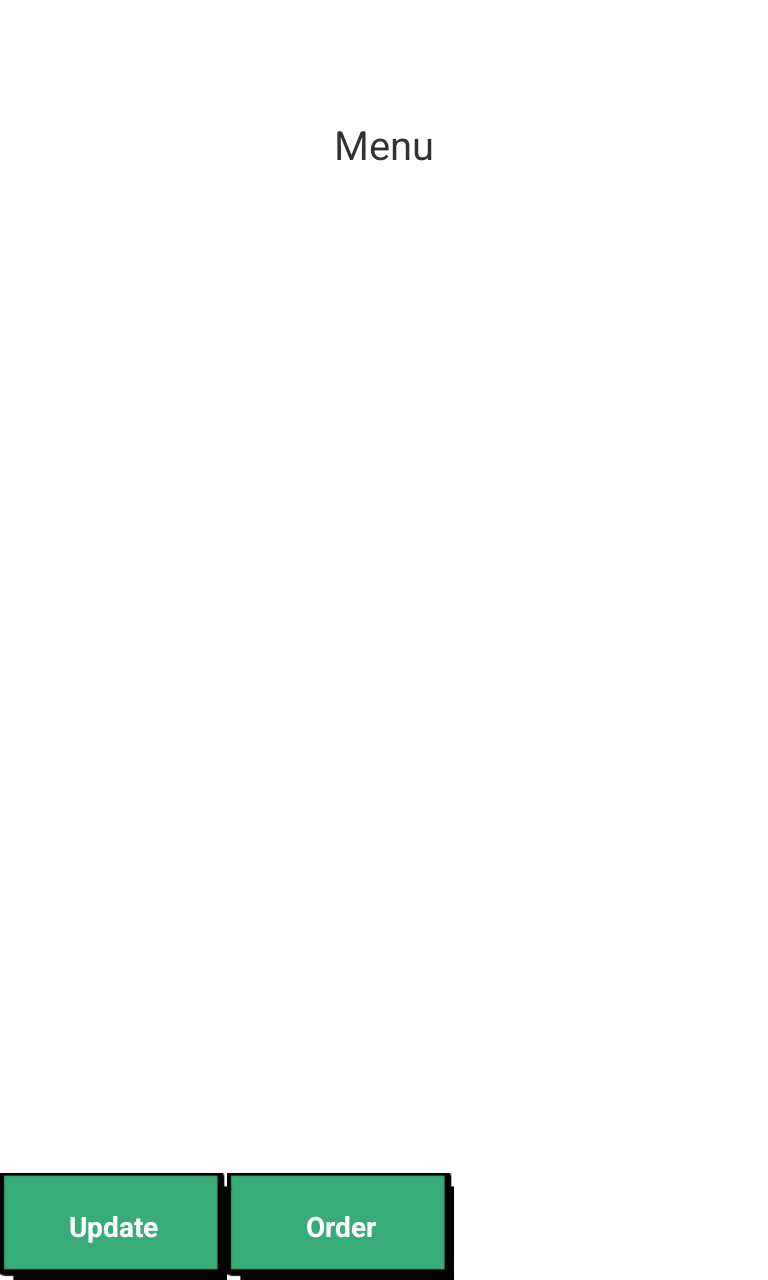
Repository: VanThi/Smart_Order
Layout: Project OS/Project_SO/res/layout/menu_item.xml
The author's editor kept a copy of each file at every save. The layout is drawn from the files as they stood at one save, then again after the next save.
It is drawn on a 768 x 1280 px phone screen (xhdpi) without system bars, with theme AppTheme; the app's code is not run. Lists and similar views that code fills are empty.

Above is the layout before, as saved 2013-11-09 12:44:46.

After the next save:
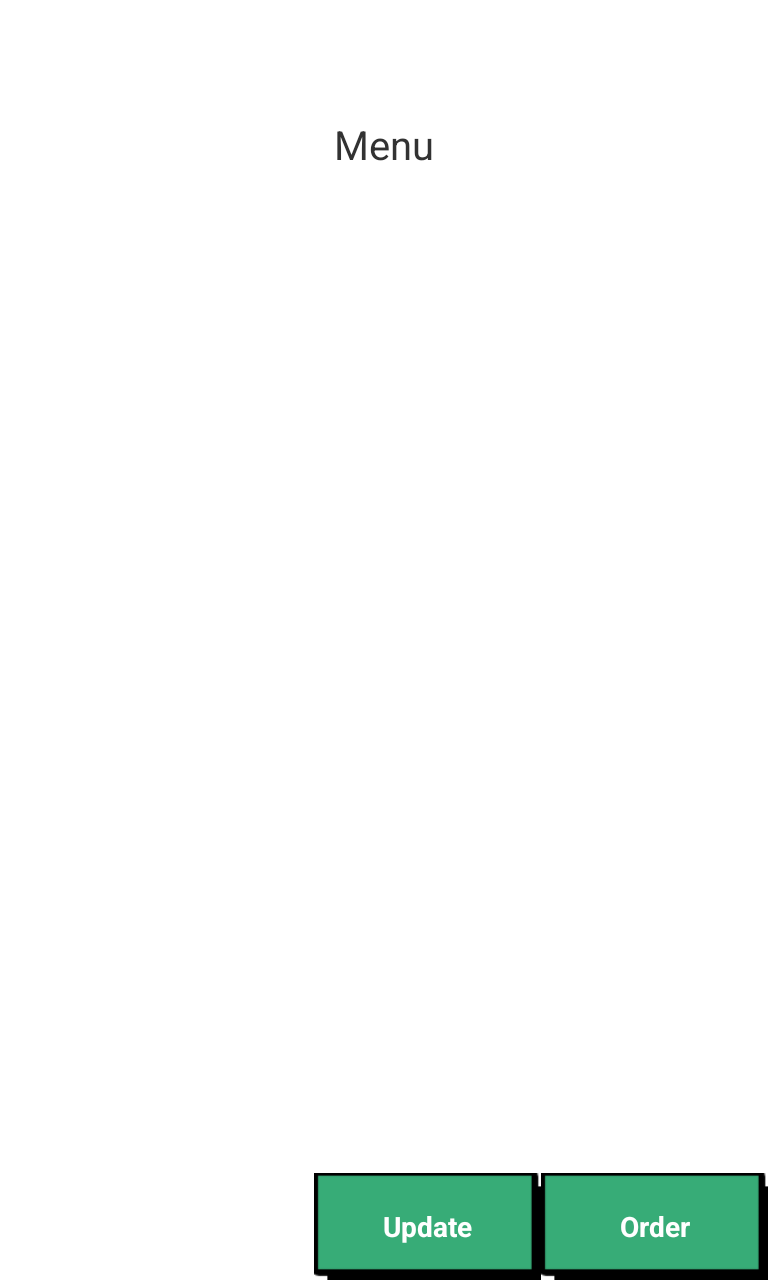
Saved 17 s later.
--- a/Project OS/Project_SO/res/layout/menu_item.xml
+++ b/Project OS/Project_SO/res/layout/menu_item.xml
@@ -35,7 +35,9 @@
     <LinearLayout
         android:layout_width="wrap_content"
         android:layout_height="wrap_content"
-        android:orientation="horizontal" >
+        android:orientation="horizontal"
+        android:layout_gravity="right"
+        >
 
         <Button
             android:id="@+id/updatebutton"
